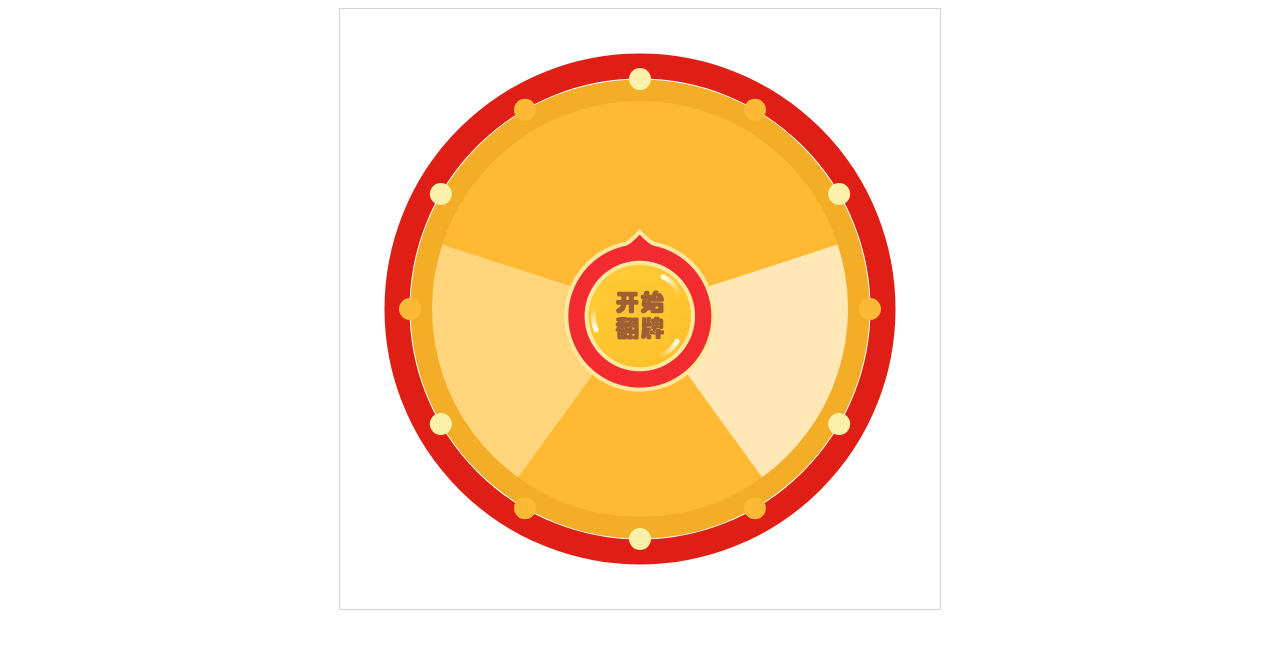
Repository: LEOHL/flop
Page: index.html
These files come from the project's save history. The page is drawn as it stood at one moment and after the next save; the edit follows.
The browser window is 1280 px wide. The pictures show the whole page.

Above is the page before, as saved 2023-07-18 09:00:07.
Not found: honey.jpg
Not found: images/honey.jpg

### index.html
<!DOCTYPE html>
<html lang="en">
<head>
    <meta charset="UTF-8">
    <meta name="viewport" content="width=device-width,height=device-height,initial-scale=1,minimum-scale=1,user-scalable=no">
    <meta http-equiv="X-UA-Compatible" content="ie=edge">
    <title>jquery圆形转盘抽奖代码下载</title>
    <script src="js/jquery.min.js"></script>
    <script src="js/turntable.js"></script>
    <style>
        .lottery {
            position: relative;
            display: inline-block;
            text-align: center;
        }

            .lottery img {
                position: absolute;
                top: 50%;
                left: 50%;
                margin-left: -76px;
                margin-top: -82px;
                cursor: pointer;
            }

        #message {
            position: absolute;
            top: 0px;
            left: 10%;
        }
    </style>
    <!--[if lte IE 8]>
        <style>
            .lottery img{
                display: none;
            }
        </style>
    <![endif]-->

</head>
<body>
    <center>
        <div class="lottery">
            <canvas id="myCanvas" width="600" height="600" style="border:1px solid #d3d3d3;">
                当前浏览器版本过低，请使用其他浏览器尝试
            </canvas>
            <p id="message"></p>
            <img src="images/start.png" id="start">
        </div>
    </center>
    <script>
        var wheelSurf
        // 初始化装盘数据 正常情况下应该由后台返回
        var initData = {
            "success": true,
            "list": [{
                    "id": 100,
                    "name": "亲爱的",
                    "image": "images/honey.jpg",
                    "rank":1,
                    "percent":3
                },
                {
                    "id": 101,
                    "name": "哥哥",
                    "image": "honey.jpg",
                    "rank":2,
                    "percent":5
                },
                {
                    "id": 102,
                    "name": "宝贝",
                    "image": "honey.jpg",
                    "rank":3,
                    "percent":2
                },
                {
                    "id": 103,
                    "name": "老公",
                    "image": "honey.jpg",
                    "rank":4,
                    "percent":60
                },
                {
                    "id": 104,
                    "name": "宝宝",
                    "image": "honey.jpg",
                    "rank":5,
                    "percent":30
                }
            ]
        }

        // 计算分配获奖概率(前提所有奖品概率相加100%)
        function getGift(){
            var percent = Math.random()*100
            var totalPercent = 0
            for(var i = 0 ,l = initData.list.length;i<l;i++){
                totalPercent += initData.list[i].percent
                if(percent<=totalPercent){
                    return initData.list[i]
                }
            }
        }

        var list = {}

        var angel = 360 / initData.list.length
        // 格式化成插件需要的奖品列表格式
        for (var i = 0, l = initData.list.length; i < l; i++) {
            list[initData.list[i].rank] = {
                id:initData.list[i].id,
                name: initData.list[i].name,
                image: initData.list[i].image
            }
        }
        // 查看奖品列表格式

        // 定义转盘奖品
        wheelSurf = $('#myCanvas').WheelSurf({
            list: list, // 奖品 列表，(必填)
            outerCircle: {
                color: '#df1e15' // 外圈颜色(可选)
            },
            innerCircle: {
                color: '#f4ad26' // 里圈颜色(可选)
            },
            dots: ['#fbf0a9', '#fbb936'], // 装饰点颜色(可选)
            disk: ['#ffb933', '#ffe8b5', '#ffb933', '#ffd57c', '#ffb933', '#ffe8b5', '#ffd57c'], //中心奖盘的颜色，默认7彩(可选)
            title: {
                color: '#5c1e08',
                font: '19px Arial'
            } // 奖品标题样式(可选)
        })

        // 初始化转盘
        wheelSurf.init()
        // 抽奖
        var throttle = true;
        $("#start").on('click', function () {

            var winData = getGift() // 正常情况下获奖信息应该由后台返回

            $("#message").html('')
            if(!throttle){
                return false;
            }
            throttle = false;
            var count = 0
            // 计算奖品角度

            for (const key in list) {
                if (list.hasOwnProperty(key)) {
                    if (winData.id == list[key].id) {
                        break;
                    }
                    count++
                }
            }

            // 转盘抽奖，
            wheelSurf.lottery((count * angel + angel / 2), function () {
                $("#message").html(winData.name)
                throttle = true;
            })
        })


    </script>


</body>
</html>

### js/turntable.js
(function ($) {
    /**
     * @param {Object} options
     * @param {Array}  options.list  存储奖品的的列表，example [{1:{name:'谢谢参与',image:'1.jpg'}}]
     * @param {Object} options.outerCircle {color:'#df1e15'} 外圈颜色，默认红色
     * @param {Object} options.innerCircle {color:'#f4ad26'} 里圈颜色，默认黄色
     * @param {Array}  options.dots ['#fbf0a9', '#fbb936'] 装饰点颜色 ，默认深黄浅黄交替
     * @param {Array}  options.disk ['#ffb933', '#ffe8b5', '#ffb933', '#ffd57c', '#ffb933', '#ffe8b5', '#ffd57c'] 中心奖盘的颜色，默认7彩
     * @param {Object} options.title {color:'#5c1e08',font:'19px Arial'} 奖品标题颜色
     */
    $.fn.WheelSurf = function (options) {
        var _default = {
            outerCircle: {
                color: '#df1e15'
            },
            innerCircle: {
                color: '#f4ad26'
            },
            dots: ['#fbf0a9', '#fbb936'],
            disk: ['#ffb933', '#ffe8b5', '#ffb933', '#ffd57c', '#ffb933', '#ffe8b5', '#ffd57c'],
            title: {
                color: '#5c1e08',
                font: '19px Arial'
            }
        }

        $.extend(_default,options)
        // 画布中心移动到canvas中心
        var _this = this[0],
            width = _this.width,
            height = _this.height,
            ctx = _this.getContext("2d"),
            imgs = [],
            awardTitle = [],
            awardPic = []
        for (var item in _default.list) {
            awardTitle.push(_default.list[item].name)
            imgs.push(_default.list[item].image)
        }
        var num = imgs.length
        // 圆心
        var x = width / 2
        var y = height / 2
        ctx.translate(x, y)

        return {
            init: function (angelTo) {
                angelTo = angelTo || 0;

                ctx.clearRect(-this.width, -this.height, this.width, this.height);

                // 平分角度
                var angel = (2 * Math.PI / 360) * (360 / num);
                var startAngel = 2 * Math.PI / 360 * (-90)
                var endAngel = 2 * Math.PI / 360 * (-90) + angel

                // 旋转画布
                ctx.save()
                ctx.rotate(angelTo * Math.PI / 180);
                // 画外圆
                ctx.beginPath();
                ctx.lineWidth = 25;
                ctx.strokeStyle = _default.outerCircle.color;
                ctx.arc(0, 0, 243, 0, 2 * Math.PI)
                ctx.stroke();
                // 画里圆
                ctx.beginPath();
                ctx.lineWidth = 23;
                ctx.strokeStyle = _default.innerCircle.color;
                ctx.arc(0, 0, 218, 0, 2 * Math.PI)
                ctx.stroke();

                // 装饰点
                var dotColor = _default.dots
                for (var i = 0; i < 12; i++) {
                    // 装饰点 圆心 坐标计算
                    ctx.beginPath();
                    var radius = 230;
                    var xr = radius * Math.cos(startAngel)
                    var yr = radius * Math.sin(startAngel)

                    ctx.fillStyle = dotColor[i % dotColor.length]
                    ctx.arc(xr, yr, 11, 0, 2 * Math.PI)
                    ctx.fill()

                    startAngel += (2 * Math.PI / 360) * (360 / 12);

                }
                // 画里转盘
                var colors = _default.disk
                for (var i = 0; i < num; i++) {
                    ctx.beginPath();
                    ctx.lineWidth = 208;
                    ctx.strokeStyle = colors[i % colors.length]
                    ctx.arc(0, 0, 104, startAngel, endAngel)
                    ctx.stroke();
                    startAngel = endAngel
                    endAngel += angel
                }
                // 添加奖品
                function loadImg() {

                    var dtd = $.Deferred()
                    var countImg = 0
                    if (awardPic.length) {
                        return dtd.resolve(awardPic);
                    }
                    for (var i = 0; i < num; i++) {
                        var img = new Image()
                        awardPic.push(img)

                        img.src = imgs[i]
                        img.onload = function () {
                            countImg++
                            if (countImg == num) {
                                dtd.resolve(awardPic);
                            }
                        }
                    }
                    return dtd.promise()
                }

                $.when(loadImg()).done(function (awardPic) {

                    startAngel = angel / 2
                    for (var i = 0; i < num; i++) {
                        ctx.save();
                        ctx.rotate(startAngel)
                        ctx.drawImage(awardPic[i], -48, -48 - 130);
                        ctx.font = _default.title.font;
                        ctx.fillStyle = _default.title.color
                        ctx.textAlign = "center";
                        ctx.fillText(awardTitle[i], 0, -170);
                        startAngel += angel
                        ctx.restore();
                    }
                })
                ctx.restore();
            },
            /**
             * @param angel 旋转角度
             * @param callback 转完后的回调函数
             */
            lottery: function (angel, callback) {
                angel = angel || 0
                angel = 360-angel
                angel += 720
                // 基值（减速）
                var baseStep = 30
                // 起始滚动速度
                var baseSpeed = 0.3
                // 步长
                var count = 1;
                var _this = this
                var timer = setInterval(function () {

                    _this.init(count)
                    if (count == angel) {
                        clearInterval(timer)
                        if (typeof callback == "function") {
                            callback()
                        }
                    }
                    count = count + baseStep * (((angel - count) / angel) > baseSpeed ? baseSpeed : ((angel - count) / angel))
                    if (angel - count < 0.5) {
                        count = angel
                    }

                }, 25)
            }
        }

    }
}(jQuery))

Loaded but not shown: js/jquery.min.js (library)

After the next save:
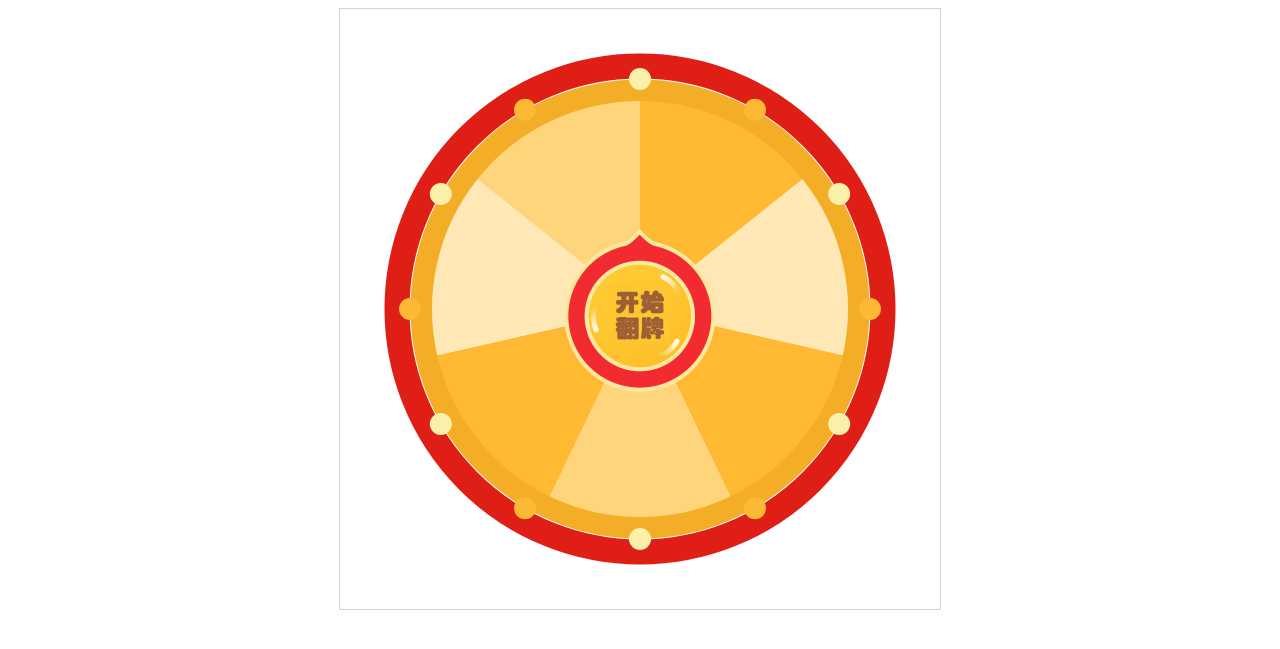
Not found: images/2.png
Not found: images/3.png
Not found: images/4.png
Saved 26 s later.
--- a/index.html
+++ b/index.html
@@ -54,39 +54,53 @@
         var initData = {
             "success": true,
             "list": [{
-                    "id": 100,
-                    "name": "亲爱的",
-                    "image": "images/honey.jpg",
-                    "rank":1,
-                    "percent":3
-                },
+                "id": 100,
+                "name": "5000元京东卡",
+                "image": "images/1.png",
+                "rank":1,
+                "percent":3
+            },
                 {
                     "id": 101,
-                    "name": "哥哥",
-                    "image": "honey.jpg",
+                    "name": "1000元京东卡",
+                    "image": "images/2.png",
                     "rank":2,
                     "percent":5
                 },
                 {
                     "id": 102,
-                    "name": "宝贝",
-                    "image": "honey.jpg",
+                    "name": "100个比特币",
+                    "image": "images/3.png",
                     "rank":3,
                     "percent":2
                 },
                 {
                     "id": 103,
-                    "name": "老公",
-                    "image": "honey.jpg",
+                    "name": "50元话费",
+                    "image": "images/4.png",
                     "rank":4,
-                    "percent":60
+                    "percent":49
                 },
                 {
                     "id": 104,
-                    "name": "宝宝",
-                    "image": "honey.jpg",
+                    "name": "100元话费",
+                    "image": "images/5.png",
                     "rank":5,
                     "percent":30
+                },
+                {
+                    "id": 105,
+                    "name": "500个比特币",
+                    "image": "images/6.png",
+                    "rank":6,
+                    "percent":1
+                },
+                {
+                    "id": 106,
+                    "name": "500元京东卡",
+                    "image": "images/7.png",
+                    "rank":7,
+                    "percent":10
                 }
             ]
         }

After the 3 saves that followed:
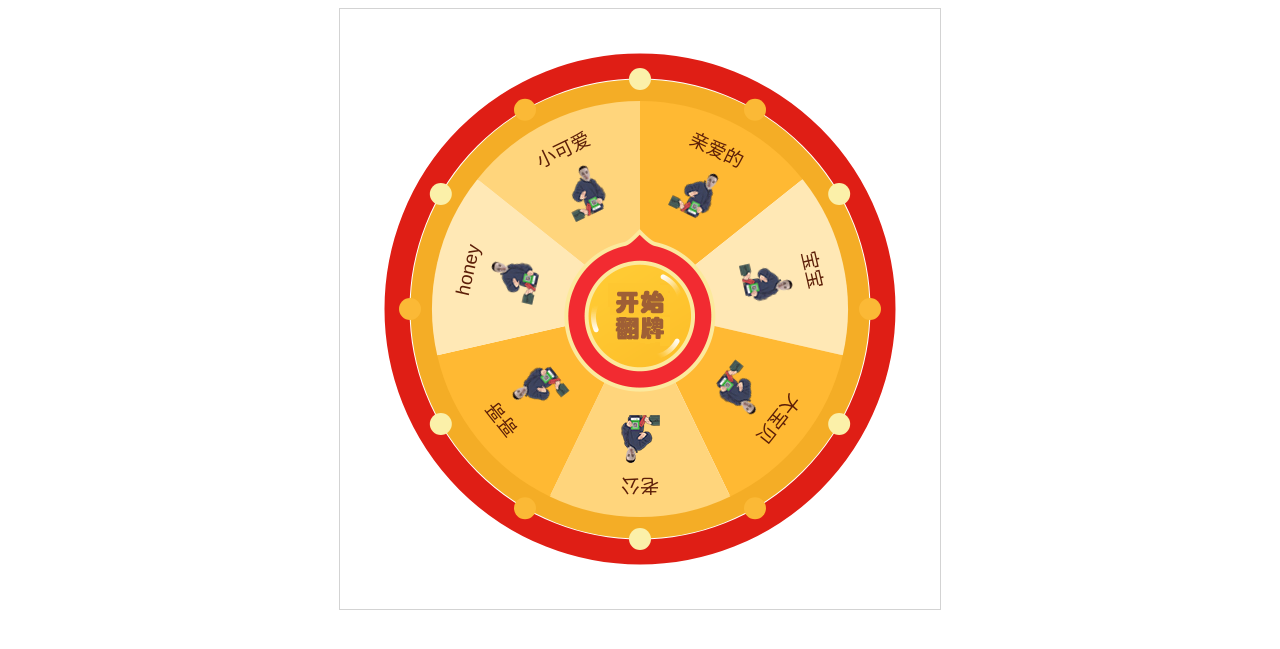
The 3 saves are shown as one change because 2 left the picture as it was.
The last was saved 13 min 5 s later.
--- a/index.html
+++ b/index.html
@@ -55,50 +55,50 @@
             "success": true,
             "list": [{
                 "id": 100,
-                "name": "5000元京东卡",
+                "name": "亲爱的",
                 "image": "images/1.png",
                 "rank":1,
                 "percent":3
             },
                 {
                     "id": 101,
-                    "name": "1000元京东卡",
-                    "image": "images/2.png",
+                    "name": "宝宝",
+                    "image": "images/1.png",
                     "rank":2,
                     "percent":5
                 },
                 {
                     "id": 102,
-                    "name": "100个比特币",
-                    "image": "images/3.png",
+                    "name": "大宝贝",
+                    "image": "images/1.png",
                     "rank":3,
                     "percent":2
                 },
                 {
                     "id": 103,
-                    "name": "50元话费",
-                    "image": "images/4.png",
+                    "name": "老公",
+                    "image": "images/1.png",
                     "rank":4,
                     "percent":49
                 },
                 {
                     "id": 104,
-                    "name": "100元话费",
-                    "image": "images/5.png",
+                    "name": "哥哥",
+                    "image": "images/1.png",
                     "rank":5,
                     "percent":30
                 },
                 {
                     "id": 105,
-                    "name": "500个比特币",
-                    "image": "images/6.png",
+                    "name": "honey",
+                    "image": "images/1.png",
                     "rank":6,
                     "percent":1
                 },
                 {
                     "id": 106,
-                    "name": "500元京东卡",
-                    "image": "images/7.png",
+                    "name": "小可爱",
+                    "image": "images/1.png",
                     "rank":7,
                     "percent":10
                 }
